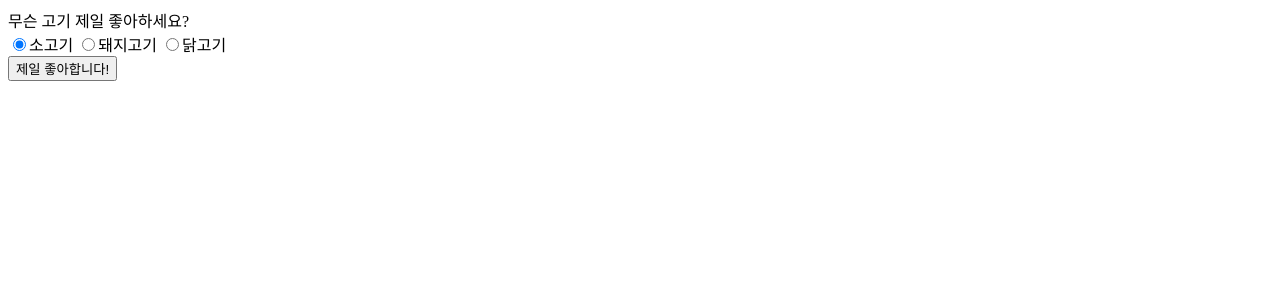
Repository: hyun5292/school
Page: JSP2-2/PSH_1102/PSH_1102_2/WebContent/requestex.html
The author's editor kept a copy of each file at every save. The page is drawn from the files as they stood at one save, then again after the next save.
The browser window is 1280 px wide. The pictures show the whole page.

Above is the page before, as saved 2018-11-02 07:27:43.

### JSP2-2/PSH_1102/PSH_1102_2/WebContent/requestex.html
<!DOCTYPE html>
<html>
<head>
<meta charset="EUC-KR">
<title>Insert title here</title>
</head>
<body>
<form action="request_send.jsp">
무슨 고기 제일 좋아하세요? <br/>
<input type="radio" name="kind" size="10" checked="checked">소고기
<input type="radio" name="kind" size="10" value="pork">돼지고기
<input type="radio" name="kind" size="10" value="chicken">닭고기 <br/>
<input type="submit" value="제일 좋아합니다!">
</form>
</body>
</html>

After the next save:
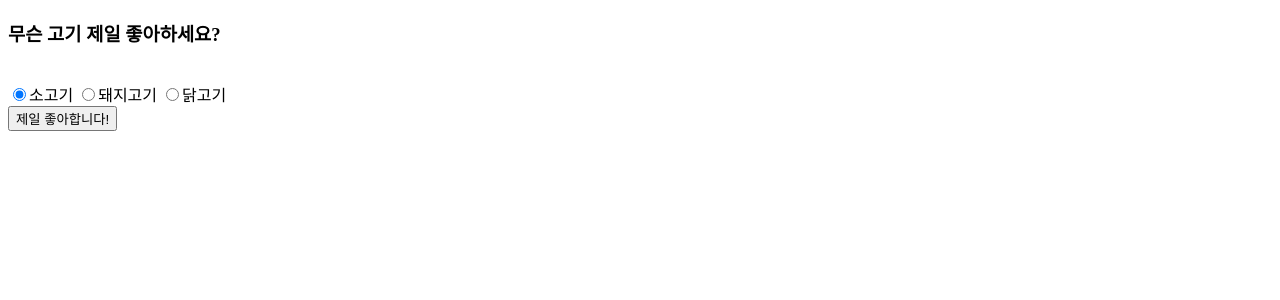
Saved 25 s later.
--- a/JSP2-2/PSH_1102/PSH_1102_2/WebContent/requestex.html
+++ b/JSP2-2/PSH_1102/PSH_1102_2/WebContent/requestex.html
@@ -6,7 +6,7 @@
 </head>
 <body>
 <form action="request_send.jsp">
-무슨 고기 제일 좋아하세요? <br/>
+<h3>무슨 고기 제일 좋아하세요?</h3> <br/>
 <input type="radio" name="kind" size="10" checked="checked">소고기
 <input type="radio" name="kind" size="10" value="pork">돼지고기
 <input type="radio" name="kind" size="10" value="chicken">닭고기 <br/>
